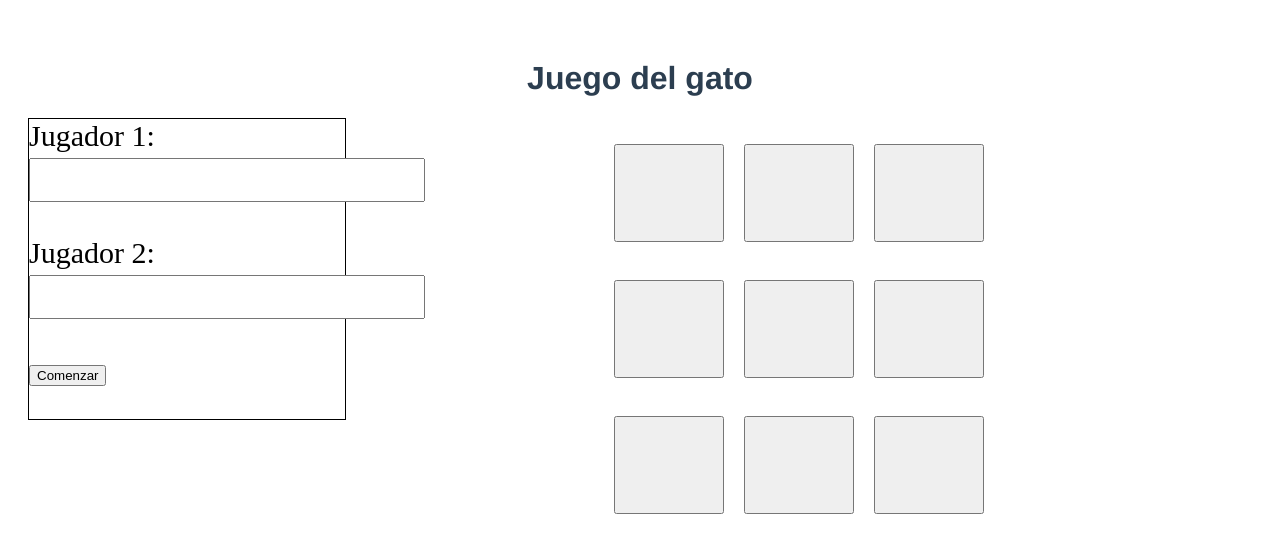
Repository: franciscamanquecheo/Taller-2
Page: / (app in vite-project/)
An editor plug-in stored every save of this project. The page is shown before and after the next save, followed by the edit.
The browser window is 1280 px wide. The pictures show the whole page.
The project was rebuilt for these pictures with package versions that can differ from the ones it lists, and the page was loaded fresh each time. Also part of the build but not shown: vite-project/vite.config.ts.

Above is the page before, as saved 2022-06-17 17:55:52.

### vite-project/src/App.vue
<script setup lang="ts">
// This starter template is using Vue 3 <script setup> SFCs
// Check out https://vuejs.org/api/sfc-script-setup.html#script-setup
import HelloWorld from './components/HelloWorld.vue'
</script>

<template>
 <h1>Juego del gato</h1>
<section>
 <article id="comandos">
  Jugador 1:

  <input type="text" id="jugador1"><br><br>
  Jugador 2:
  <input type="text" id="jugador 2"><br><br>
  <input type="button" id="comenzar" value="Comenzar">
  <label id="TurnoJugador"></label>
 </article>
  <article id="Tablero">
    <input type="button" id="casilla1">
    <input type="button" id="casilla2">
    <input type="button" id="casilla3"><br><br>

    <input type="button" id="casilla4">
    <input type="button" id="casilla5">
    <input type="button" id="casilla6"><br><br>

    <input type="button" id="casilla7">
    <input type="button" id="casilla8">
    <input type="button" id="casilla9">



  </article>











</section>
</template>

<style>
h1 {
  font-family: Avenir, Helvetica, Arial, sans-serif;
  -webkit-font-smoothing: antialiased;
  -moz-osx-font-smoothing: grayscale;
  text-align: center;
  color: #2c3e50;
  margin-top: 60px;
}
article#comandos{

  display: inline-block;
  text-align: left;
  border: 1px solid black;
  margin-left: 20px;
font-size: 30px;
vertical-align: top;
min-height: 300px;
width: 25%;
}
article#Tablero{

  display: inline-block;
  margin: 1em;
  width: 50%;
   text-align: right;
}
article#Tablero input{

  font-size: 5em;
  height: 100 px;
  width: 110px;
  margin: 10px;

}
input[type="text"]{
  margin-top: 5px;
  font-size: 1em;
  margin: 0.2 em;
  padding: 0.1em;
}



section{
  display: inline-block;
  margin: 0 auto;

  width: 100%;
}
template{
  background-color: #2c3e50;
}
</style>

Loaded but not shown: vite-project/index.html (common file); vite-project/src/main.ts (common file)

After the next save:
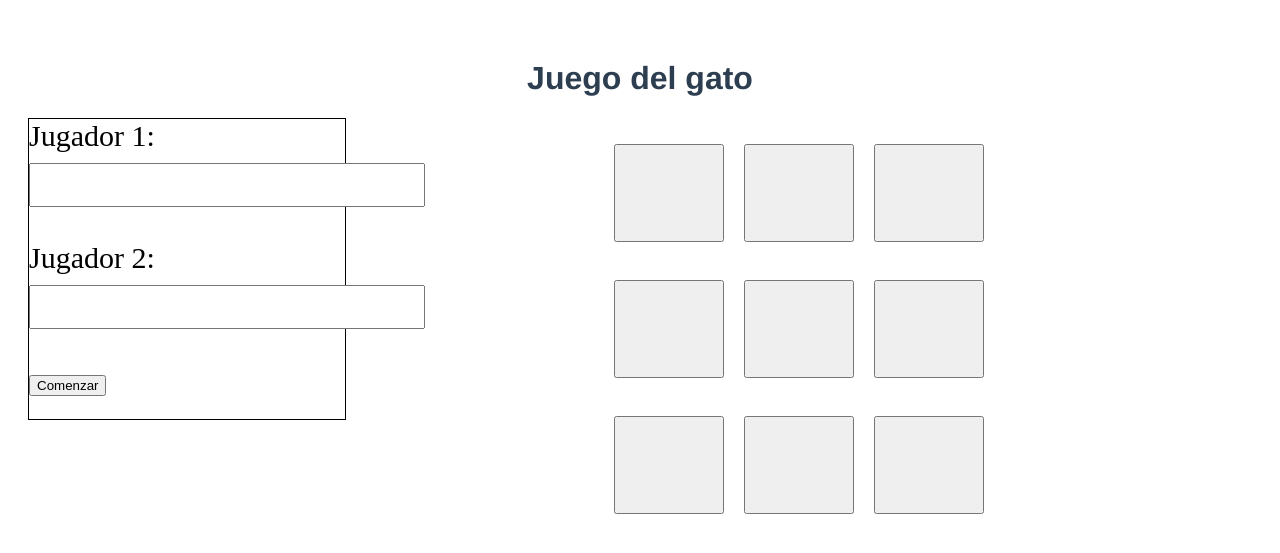
Saved 5 s later.
--- a/vite-project/src/App.vue
+++ b/vite-project/src/App.vue
@@ -82,7 +82,7 @@ article#Tablero input{
 
 }
 input[type="text"]{
-  margin-top: 5px;
+  margin-top: 10px;
   font-size: 1em;
   margin: 0.2 em;
   padding: 0.1em;
